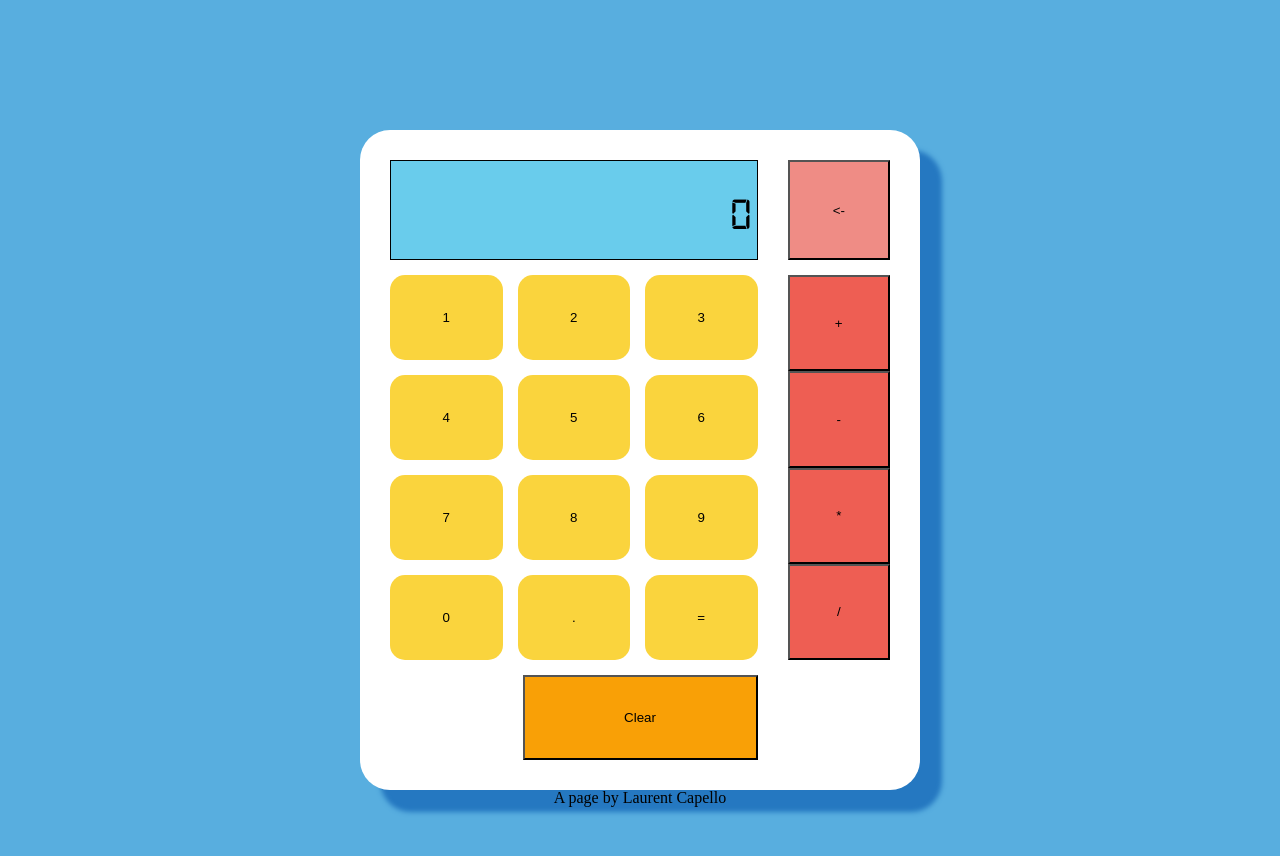
Repository: sokafootball/js-calculator
Page: index.html
The author's editor kept a copy of each file at every save. The page is drawn from the files as they stood at one save, then again after the next save.
The browser window is 1280 px wide. The pictures show the whole page.

Above is the page before, as saved 2020-05-06 20:04:53.

### index.html
<html>
<head>
  <title>Javascript Calculator - By Laurent Capello</title>
  <link rel="stylesheet" type="text/css" href="reset.css">
  <link rel="stylesheet" type="text/css" href="style.css">
  <!--<link rel="stylesheet" type="text/css" href="wireframe.css">-->
  <link href="https://fonts.googleapis.com/css2?family=Barlow:wght@300&display=swap" rel="stylesheet">
</head>
<body>
<main id="main">
  <div id="calculator">
    <p id="display">0</p>
    <button id="backspace" class="button"><-</button>
    <div id="numpad">
      <button class="button num-button">1</button>
      <button class="button num-button">2</button>
      <button class="button num-button">3</button>
      <button class="button num-button">4</button>
      <button class="button num-button">5</button>
      <button class="button num-button">6</button>
      <button class="button num-button">7</button>
      <button class="button num-button">8</button>
      <button class="button num-button">9</button>
      <button class="button num-button">0</button>
      <button id="decimal-button" class="button">.</button>
      <button id="equal-button" class="button">=</button>
    </div>
    <div id="operators">
      <button class="button operation-button">+</button>
      <button class="button operation-button">-</button>
      <button class="button operation-button">*</button>
      <button class="button operation-button">/</button>
    </div>
    <button id="clear-button" class="button">Clear</button>
  </div>
</main>
<footer id="footer">
  <p>A page by <span id="signature">Laurent Capello</span></p>
</footer>
<div id="hidden-element" class="display-full" style="display: none"></div>
<script type="text/javascript" src="script.js"></script>
</body>
</html>

### style.css
@font-face {
  font-family: "calcFont";
  src: url("./fonts/digital-7/digital-7.ttf");
  }

:root {
  --row-gap: 15px;
}

body{
  align-items: center;
  background-color: hsl(202, 68%, 61%);
  display: flex;
  flex-direction: column;
  justify-content: space-between;
}

.display-full{
  animation-name: display-full;
  animation-duration: 0.3s;
}

#numpad button{
  background-color: hsl(48, 95%, 61%);
  border-radius: 15px;
  border-width: 0px;
}

#backspace{
  background-color: hsl(4, 77%, 73%);
  grid-area: backspace;
}

#calculator{
  background-color: white;
  border-radius: 30px;
  box-shadow: 21px 21px 5px 1px hsl(208, 68%, 45%);
  display: grid;
  gap: var(--row-gap) 30px;
  grid-template-areas:
    "display display display backspace"
    "numpad numpad numpad operators"
    "numpad numpad numpad operators"
    "numpad numpad numpad operators"
    "numpad numpad numpad operators"
    ". clear clear .";
  grid-template-columns: repeat(4, 1fr);
  grid-template-rows: 100px repeat(5, 1fr); /*first row is fixed to stop the border animation from taking space from other rows*/
  height: 600px;
  margin-top: 130px;
  padding: 30px;
  width: 500px;
}

#calc-top{
  margin-bottom: 40px;
}

#clear-button{
  background-color: hsl(38, 95%, 50%);
  grid-area: clear;
}

#display{
  background-color: hsl(195, 78%, 67%);
  border: 1px solid black;
  font-family: 'calcFont', sans-serif;
  font-size: 45px;
  grid-area: display;
  line-height: 95px;
  padding-right: 5px;
  text-align: right;
  vertical-align: middle;
}

#footer{
  margin-bottom: 50px;
}

#numpad{
  display: grid;
  gap: var(--row-gap);
  grid-area: numpad;
  grid-template-columns: repeat(3, 1fr);
  grid-template-rows: repeat(4, 1fr);
}
/*
#operators{
  display: flex;
  flex-direction: column;
  justify-content: space-evenly;
  grid-area: operators;
}
*/

#operators{
  display: grid;
  grid-template-rows: repeat(4, 1fr);
  grid-area: operators;
}

#operators button{
  background-color: hsl(4, 82%, 63%);
  flex-grow: 1;
}

@keyframes display-full{
  0% {border: 1px solid black;}
  50% {
    border: 2px solid red;
    box-shadow: 0px 0px 6px 1px red;
    line-height: 93px;
    padding-right: 4px;
  }
  100% {border: 1px solid black;}
}

### script.js
/*
CODE BY LAURENT CAPELLO
*/

//#region STARTUP
const MAX_DISPLAY_LENGTH = 14
const MAX_DECIMALS = 3
const EXPONENTIAL_NOTATION_DIGITS = MAX_DISPLAY_LENGTH - 4 //4 digits are reserved for the exponential notation and the dot
let display = document.querySelector(`#display`)
let overwriteIsOn = true
let operation = null, operand1 = null, operand2 = null

addFunctionsToBtns()

function addFunctionsToBtns(){
	let numButtons = document.querySelectorAll(`.num-button`)
	numButtons = Array.from(numButtons)
	numButtons.forEach(button => {
		button.addEventListener(`click`, () => pressNumBtn(button.innerText))
	});

	let opButtons = document.querySelectorAll(`.operation-button`)
	opButtons = Array.from(opButtons)
	opButtons.forEach(button => {
		button.addEventListener(`click`, () => pressOperationBtn(button.innerText))
	});

	let equalButton = document.querySelector(`#equal-button`)
	equalButton.addEventListener(`click`, pressEqualBtn)

	let clearButton = document.querySelector(`#clear-button`)
	clearButton.addEventListener(`click`, pressClearBtn)

	let bckSpaceBtn = document.querySelector(`#backspace`)
	bckSpaceBtn.addEventListener(`click`, pressBackspaceBtn)

	let decimalBtn = document.querySelector(`#decimal-button`)
	decimalBtn.addEventListener(`click`, pressDecimalBtn)

	document.onkeydown = (e) => filterKeyPress(e)
}

function filterKeyPress(e){
	console.log(`key pressed`)
	if (e.which <= 105 && e.which >= 96){
		pressNumBtn(Number(e.key))
	} else if (e.which == 106 || e.which == 107 || e.which == 109 || e.which == 111) {
		pressOperationBtn(e.key)
	} else if (e.which == 13){
		pressEqualBtn()
	} else if (e.which == 110){
		pressDecimalBtn()
	} else if (e.which == 8){
		pressBackspaceBtn()
	}
}
//#endregion

//#region SUPPORT FUNCTIONS
function clear(){
	display.innerText = `0`
	operation = null
	operand1 = null
	operand2 = null
	overwriteIsOn = true
}

function displayNumber(num){
	if(num == 0 && display.innerText == `0`) return
  if(overwriteIsOn){
		if(num == `.`){
			display.innerText += num
		}else{
			display.innerText = num
		}
		overwriteIsOn = false
	}else{
		if(display.innerText.length >= MAX_DISPLAY_LENGTH){
			animateDisplay()
			return
		}
		display.innerText += num
	}
}

function displayResult(){
	operand1 = operate(operation, operand1, operand2)
	operand2 = null
	display.innerText = operand1
}

function saveNumber(){
	if(operation == null)
		operand1 =  Number(display.innerText)
	else operand2 =  Number(display.innerText)
}

function saveOperation(operationSign){
	operation = operationSign
	overwriteIsOn = true
}

function truncateDecimals(num){
	if((num % 1).toString().length > MAX_DECIMALS) return Number(num).toFixed(MAX_DECIMALS)
	return num
}

function truncateIntegers(num){
	if(num.toString().length <= MAX_DISPLAY_LENGTH) return num
	return num.toExponential(EXPONENTIAL_NOTATION_DIGITS)
}
//#endregion

//#region BUTTONS FUNCTIONS
function pressBackspaceBtn(){
	//if display length is 1
	if(display.innerText.length == 1){
		display.innerText = `0`
	}else{
		let displayArray = Array.from(display.innerText)
		displayArray.pop()
		display.innerText = displayArray.join(``)
	}
	saveNumber()
}

function pressDecimalBtn(){
	//add dot to the right of the number on display
	if (display.innerText.includes(`.`)) return
	displayNumber(`.`)
	saveNumber()
}

function pressClearBtn(){
	clear()
}

function pressEqualBtn(){
	if(operand1 != null && operand2 != null){
		displayResult()
		operation = null
		overwriteIsOn = true
		operand2 = null
	}else{
		operation = null
		overwriteIsOn = true
		operand2 = null
		display.innerText = operand1 == null ? `0` : operand1
	}
}

function pressNumBtn(num){
	displayNumber(Number(num))
	saveNumber()
}

function pressOperationBtn(operationSign){
	if (operation == null){
		saveOperation(operationSign)
	}else{
		if(operand1 != null && operand2 != null){
			displayResult()
		}
		saveOperation(operationSign)
	}
}
//#endregion

//#region MATH FUNCTIONS
function operate(operation, a, b){
	let result = null
	switch (operation){
		case `+`:
			operation = add
			break
		case `-`:
			operation = subtract
			break;
		case `*`:
			operation = multiply
			break
		case `/`:
			operation = divide
			break;
		default:
			console.log(`invalid operation`)
			return
	}
	result = Number(operation(a,b))
	result = truncateDecimals(result)
	result = truncateIntegers(result)
  return Number(result)
}

function add (...nums) {
	return nums.reduce((total, num) => {
		return total + num
	}, 0)
}

function subtract (...nums) {
	return nums.reduce((total, num) => {
		return total - num
	})
}

function sum (arr) {
	return add(...arr)
}

function divide (...nums){
	if (nums[1] == 0){
		console.log(`you can't divide by 0!`)
		clear()
		return 0
	}
	return nums.reduce((total, num) => total / num
	)
}

function multiply (...nums) {
	return nums.reduce((total, num) => {
		return total * num
	})
}
//#endregion

//#region DISPLAY ANIMATION FUNCTIONS
function convertDuration(durationString){
	let duration = Number(durationString.replace(`s`, ``))
	return duration * 1000
}

function animateDisplay(){
	let animDurationString = getComputedStyle(document.querySelector(`.display-full`)).animationDuration
	const ANIM_DURATION = convertDuration(animDurationString)
	display.classList.remove(`display-full`)
	display.classList.add(`display-full`)
	setTimeout(() => display.classList.remove(`display-full`), ANIM_DURATION);
}
//#endregion

Loaded but not shown: reset.css (common file)

After the next save:
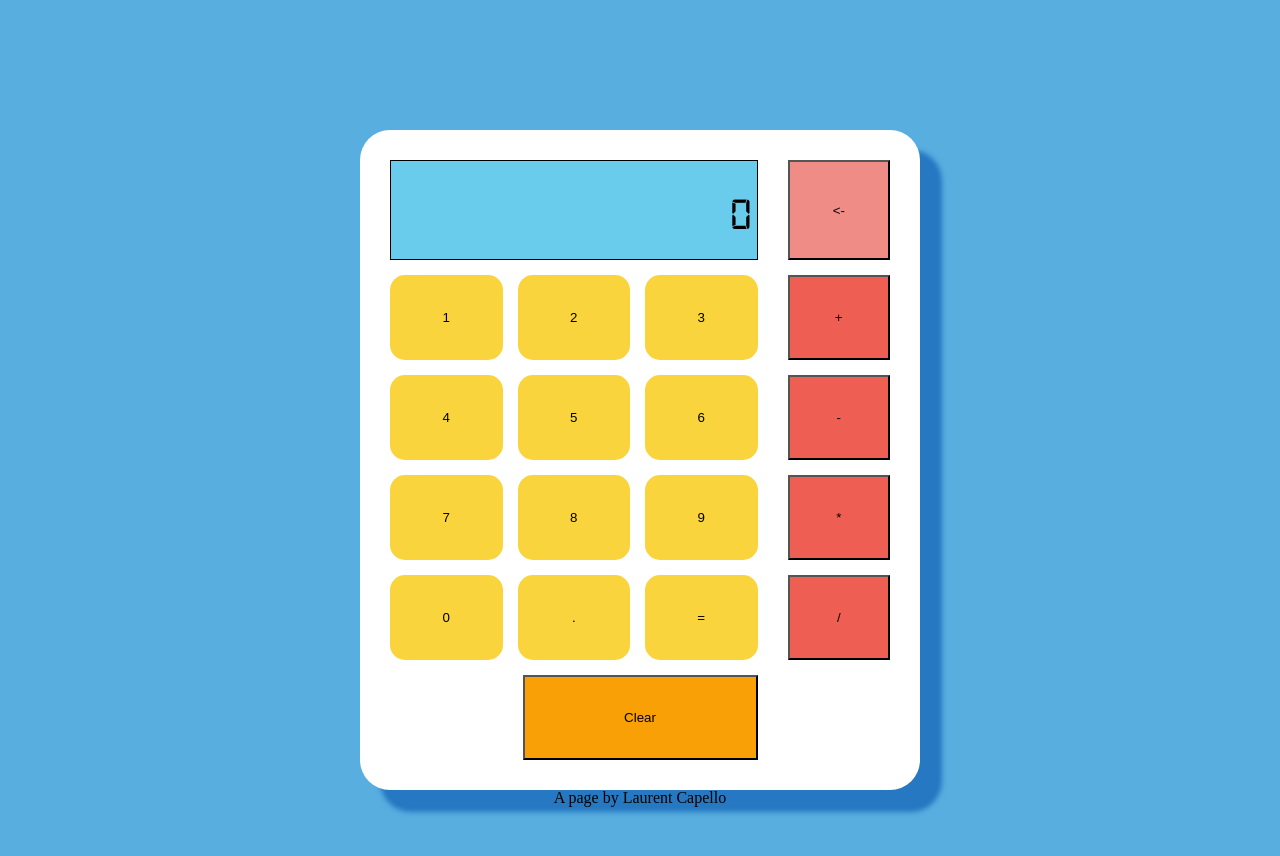
Saved 11 s later.
--- a/style.css
+++ b/style.css
@@ -95,6 +95,7 @@ body{
 
 #operators{
   display: grid;
+  gap: var(--row-gap);
   grid-template-rows: repeat(4, 1fr);
   grid-area: operators;
 }
